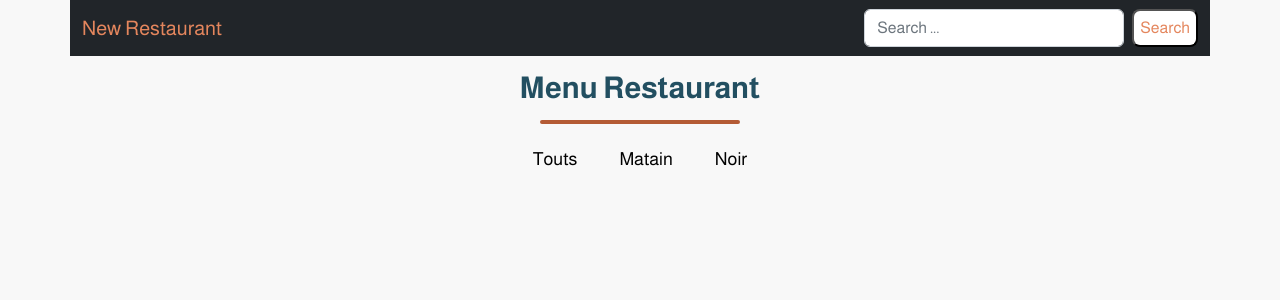
Repository: SD-Mdouka/react-table
Page: /
These files come from the project's save history. The page is drawn as it stood at one moment and after the next save; the edit follows.
The browser window is 1280 px wide. The pictures show the whole page.
The project was rebuilt for these pictures with package versions that can differ from the ones it lists, and the page was loaded fresh each time.

Above is the page before, as saved 2022-10-06 16:24:53.

### public/index.html
<!DOCTYPE html>
<html lang="en">

<head>
    <meta charset="utf-8" />
    <link rel="icon" href="%PUBLIC_URL%/favicon.ico" />
    <meta name="viewport" content="width=device-width, initial-scale=1" />
    <meta name="theme-color" content="#000000" />
    <meta name="description" content="Web site created using create-react-app" />
    <link rel="apple-touch-icon" href="%PUBLIC_URL%/logo192.png" />
    <!--
      manifest.json provides metadata used when your web app is installed on a
      user's mobile device or desktop. See https://developers.google.com/web/fundamentals/web-app-manifest/
    -->
    <link rel="manifest" href="%PUBLIC_URL%/manifest.json" />
    <link rel="preconnect" href="https://fonts.googleapis.com" />
    <link rel="preconnect" href="https://fonts.gstatic.com" crossorigin />
    <link href="https://fonts.googleapis.com/css2?family=Almarai:wght@300;400;700;800&family=Cairo:wght@300&display=swap" rel="stylesheet" />

    <link rel="stylesheet" href="https://cdn.jsdelivr.net/npm/bootstrap@5.2.0-beta1/dist/css/bootstrap.min.css" integrity="sha384-0evHe/X+R7YkIZDRvuzKMRqM+OrBnVFBL6DOitfPri4tjfHxaWutUpFmBp4vmVor" crossorigin="anonymous" />
    <title>React App</title>
</head>

<body>
    <noscript>You need to enable JavaScript to run this app.</noscript>
    <div id="root"></div>
    <!--
      This HTML file is a template.
      If you open it directly in the browser, you will see an empty page.

      You can add webfonts, meta tags, or analytics to this file.
      The build step will place the bundled scripts into the <body> tag.

      To begin the development, run `npm start` or `yarn start`.
      To create a production bundle, use `npm run build` or `yarn build`.
    -->
</body>

</html>

### src/App.tsx
import React from "react";
import { Container } from "react-bootstrap";
import "./App.css";
import NavBar from "./components/Navbar";
import Header from "./components/Header";
import Category from "./components/Category";

const App = () => {
  return (
    <div className="color-body font">
      <Container>
        <NavBar />
        <Header />
        <Category />
      </Container>
    </div>
  );
};

export default App;

### src/App.css
.color-body {
    background-color: #f8f8f8;
    height: 100vh;
}

.font {
    font-family: "Almarai", sans-serif;
}

.title {
    color: #224f61;
    font-family: Almarai;
    font-size: 30px;
    font-weight: bold;
    letter-spacing: 0;
    line-height: 64px;
}

.underline {
    height: 1px;
    width: 200px;
    border-radius: 10px;
    border: 2px solid #b45b35;
    background-color: #e4865d;
}

.btn {
    color: black !important;
    font-family: Almarai !important;
    font-size: 18px !important;
    letter-spacing: 0 !important;
    line-height: 24px !important;
}

.btn:hover {
    color: #fff !important;
    font-family: Almarai !important;
    font-size: 18px !important;
    font-weight: bold !important;
    letter-spacing: 0 !important;
    line-height: 24px !important;
    border-radius: 11px !important;
    border: none !important;
    background: #e4865d !important;
    -webkit-border-radius: 11px !important;
    -moz-border-radius: 11px !important;
    -ms-border-radius: 11px !important;
    -o-border-radius: 11px !important;
}

.img-item {
    height: 180px;
    width: 252px;
    border-radius: 5px;
}

.item-description {
    color: #8c8c8c;
    font-family: Almarai;
    font-size: 16px;
    letter-spacing: 0;
    line-height: 20px;
}

.item-title {
    color: #555555;
    font-family: Almarai;
    font-size: 16px;
    font-weight: bold;
    letter-spacing: 0;
    line-height: 20px;
}

.card-color {
    background-color: #f8f8f8;
}

.item-price {
    color: #e4865d;
    font-family: Almarai;
    font-size: 16px;
    font-weight: bold;
    letter-spacing: 0;
    line-height: 20px;
}

.btn-search {
    color: #e4865d;
    border-radius: 3px solid #e4865d;
    border-radius: 8px;
    background-color: white;
    -webkit-border-radius: 3px solid #e4865d;
    -moz-border-radius: 3px solid #e4865d;
    -ms-border-radius: 3px solid #e4865d;
    -o-border-radius: 3px solid #e4865d;
}

.btn-search:hover {
    color: white;
    border-radius: 3px solid white;
    background-color: #e4865d;
    border-radius: 8px;
    -webkit-border-radius: 3px solid white;
    -moz-border-radius: 3px solid white;
    -ms-border-radius: 3px solid white;
    -o-border-radius: 3px solid white;
}

.brand-color {
    color: #e4865d;
}

### src/components/Navbar.tsx
import React from "react";
import { Container, Navbar, Row, Nav, Form } from "react-bootstrap";

const NavBar = () => {
  return (
    <Row>
      <Navbar bg="dark" variant="dark">
        <Container>
          <Navbar.Brand href="#">
            <div className="brand-color">New Restaurant</div>
          </Navbar.Brand>
          <Navbar.Toggle aria-controls="navbarScroll" />
          <Navbar.Collapse id="navbarScroll">
            <Nav
              className="me-auto my-2 my-lg-0"
              style={{ maxHeight: "100px" }}
              navbarScroll
            ></Nav>
            <Form className="d-flex">
              <Form.Control
                type="text"
                placeholder="Search ..."
                className="mx-2"
              />
              <button className="btn-search">Search</button>
            </Form>
          </Navbar.Collapse>
        </Container>
      </Navbar>
    </Row>
  );
};

export default NavBar;

### src/components/Header.tsx
import React from "react";
import { Row, Col } from "react-bootstrap";

const Header = () => {
  return (
    <Row>
      <Col sm="12" className="justify-content-center text-center">
        <div className="title">Menu Restaurant</div>
        <div className="justify-content-center d-flex">
          <p className="underline"></p>
        </div>
      </Col>
    </Row>
  );
};

export default Header;

### src/components/Category.tsx
import React from "react";
import { Row, Col } from "react-bootstrap";

const Category = () => {
  return (
    <Row>
      <Col sm="12" className="d-flex justify-content-center">
        <div>
          <button className="btn mx-2">Touts</button>
          <button className="btn mx-2">Matain</button>
          <button className="btn mx-2">Noir</button>
        </div>
      </Col>
    </Row>
  );
};

export default Category;

Loaded but not shown: src/index.tsx (common file); src/index.css (common file); src/reportWebVitals.ts (common file)

After the next save:
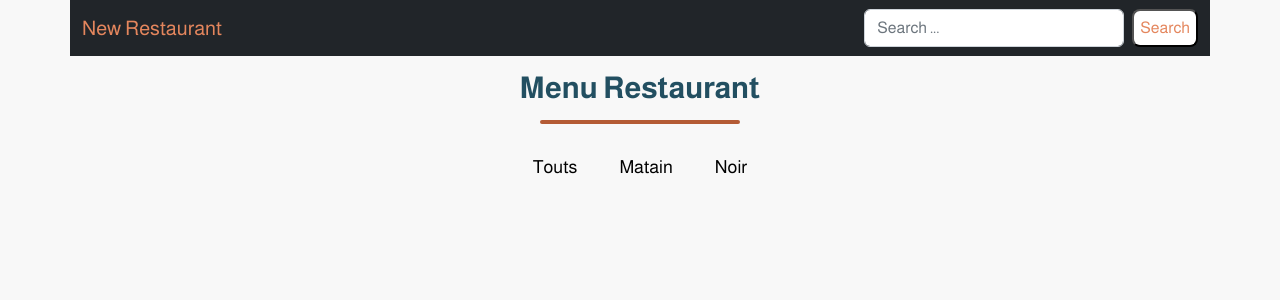
Saved 2 min 9 s later.
--- a/src/components/Category.tsx
+++ b/src/components/Category.tsx
@@ -3,7 +3,7 @@ import { Row, Col } from "react-bootstrap";
 
 const Category = () => {
   return (
-    <Row>
+    <Row className="my-2 mb-5">
       <Col sm="12" className="d-flex justify-content-center">
         <div>
           <button className="btn mx-2">Touts</button>
